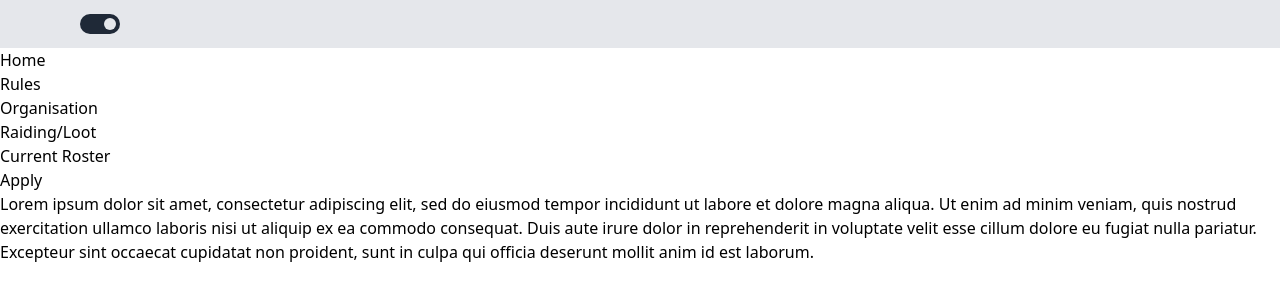
Repository: eaang/catguild_frontend
Page: /
These files come from the project's save history. The page is drawn as it stood at one moment and after the next save; the edit follows.
The browser window is 1280 px wide. The pictures show the whole page.
The project was rebuilt for these pictures with package versions that can differ from the ones it lists, and the page was loaded fresh each time. The framework's server and built-in components were replaced by stand-ins that run in the browser. Also part of the build but not shown: nuxt.config.js, components/ContentBox.vue, components/ContentEditor.vue, components/ImageBox.vue, components/SidebarMain.vue, components/SidebarSub.vue, components/TheFoooter.vue, components/icons/ChevronDown.vue and 19 more. Imported but missing from the stored project, and not drawn on this page: apollo/queries/categories/category.

Above is the page before, as saved 2021-04-02 17:48:33.

After the next save:
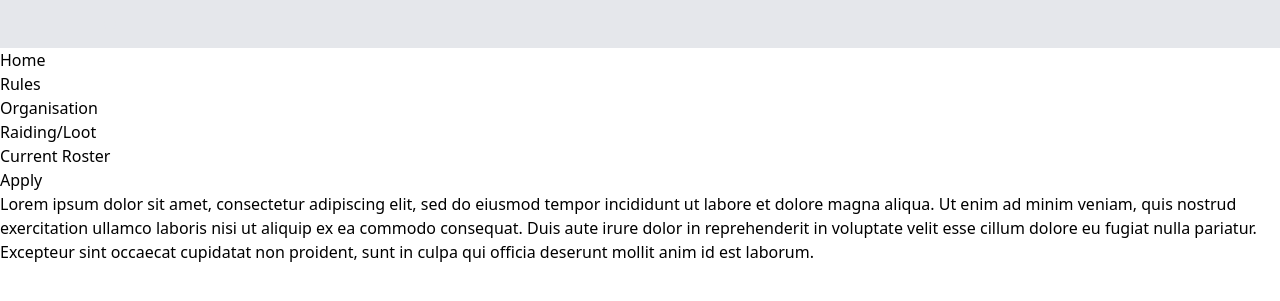
Saved 2 min 29 s later.
--- a/components/ToggleButton.vue
+++ b/components/ToggleButton.vue
@@ -1,11 +1,12 @@
 <template>
   <div @click="currentStatus = !currentStatus">
     <div
-      class="bg-gray-800 w-10 h-5 px-1 rounded-full grid justify-items-auto items-center"
+      class="w-10 h-5 px-1 rounded-full grid justify-items-auto items-center"
+      :class="{ 'bg-gray-800': currentStatus }"
     >
       <div
         v-if="currentStatus"
-        class="bg-gray-200 w-3 h-3 rounded-full justify-self-start"
+        class="bg-gray-800 w-3 h-3 rounded-full justify-self-start"
       ></div>
       <div
         v-if="!currentStatus"
